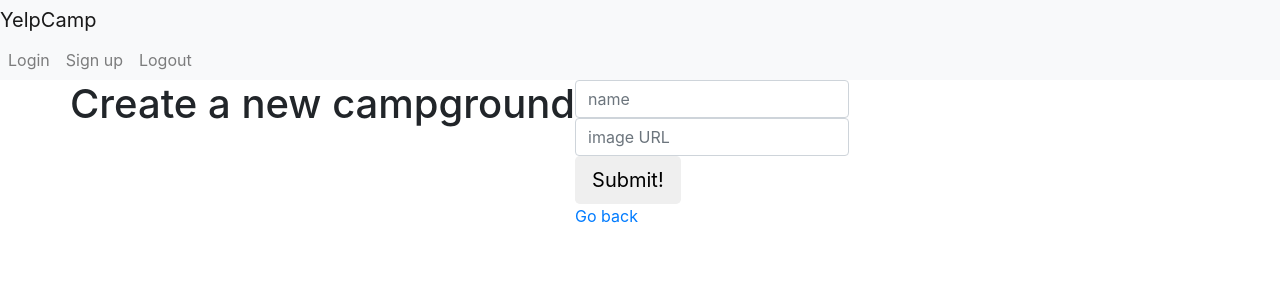
Repository: DevIvanVarela/the-web-developer-bootcamp
Page: http://localhost/campgrounds/new
The author's editor kept a record of every edit. The page is drawn from the files as they stood at one moment, then again after the next edit.
The browser window is 1280 px wide. The pictures show the whole page.
The page is served by the project's Node server (YelpCamp/v1/app.js).

Above is the page before.

After the next edit:
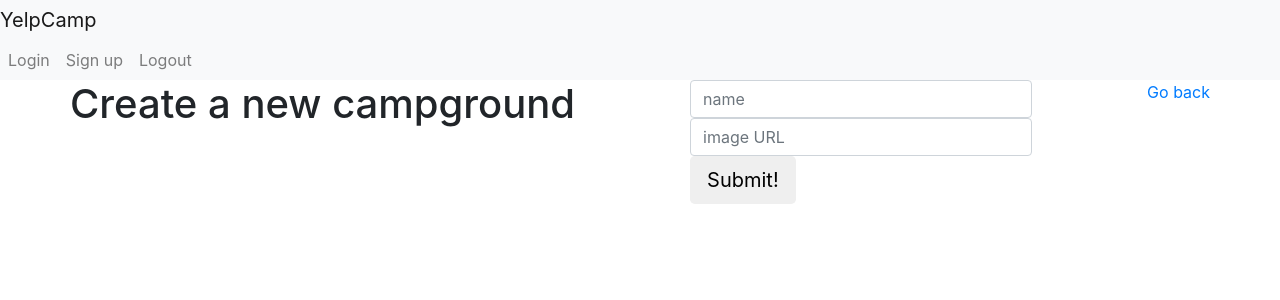
The edit:
--- a/workspace/YelpCamp/v1/views/new.ejs
+++ b/workspace/YelpCamp/v1/views/new.ejs
@@ -2,12 +2,13 @@
 <div class="container">
     <div class="row">
         <h1>Create a new campground</h1>
-        <div>
-        <form action="/campgrounds" method="POST">
-            <input class="form-control" type="text" name="name" placeholder="name">
-            <input class="form-control" type="text" name="image" placeholder="image URL">
-            <button class="btn btn-lg btn-default">Submit!</button>
-        </form>
+        <div style="width: 30%; margin: 0 auto;">
+            <form action="/campgrounds" method="POST">
+                <input class="form-control" type="text" name="name" placeholder="name">
+                <input class="form-control" type="text" name="image" placeholder="image URL">
+                <button class="btn btn-lg btn-default">Submit!</button>
+            </form>
+        </div>
         <a href="/campgrounds">Go back</a>
     </div>
 </div>
